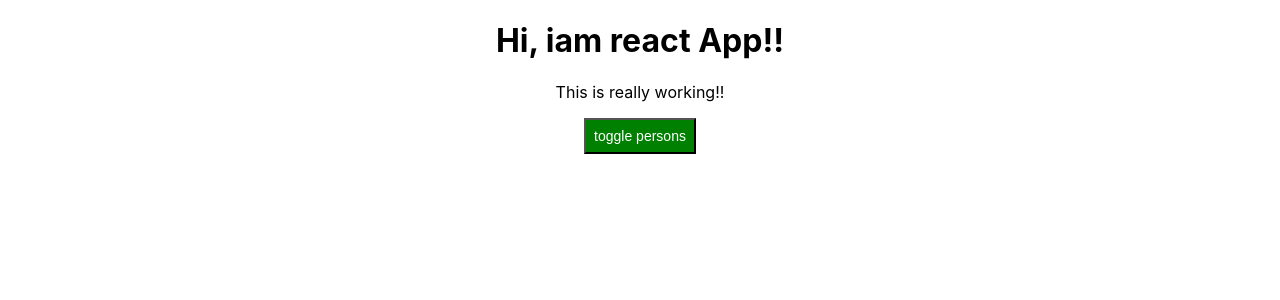
Repository: RohitMalik2/Rohit_react
Page: /
These files come from the project's save history. The page is drawn as it stood at one moment and after the next save; the edit follows.
The browser window is 1280 px wide. The pictures show the whole page.
The project was rebuilt for these pictures with package versions that can differ from the ones it lists, and the page was loaded fresh each time. Also part of the build but not shown: src/Person/Person.js.

Above is the page before, as saved 2019-11-28 08:08:12.

After the next save:
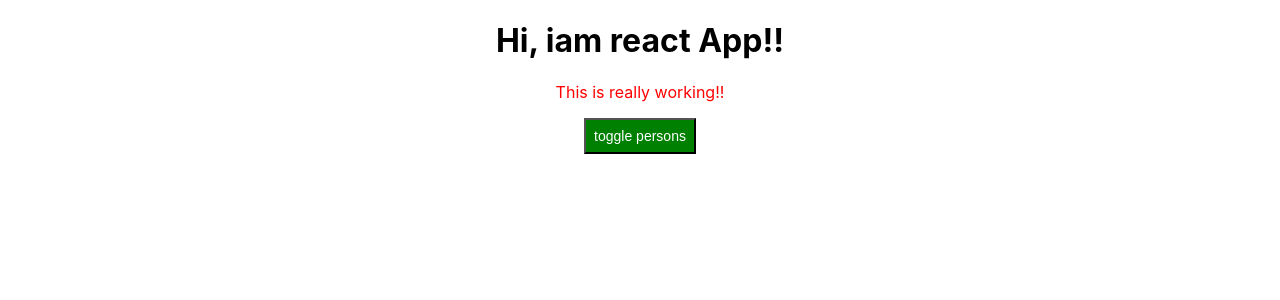
Saved 6 min 28 s later.
--- a/src/App.js
+++ b/src/App.js
@@ -68,7 +68,7 @@ class App extends Component {
 
     // Adding classes dynamically
     const classes = [];
-    if(this.state.persons.length <= 2) {
+    if(this.state.persons.length <= 3) {
       classes.push('red');
     }
     if(this.state.persons.length <= 1) {
